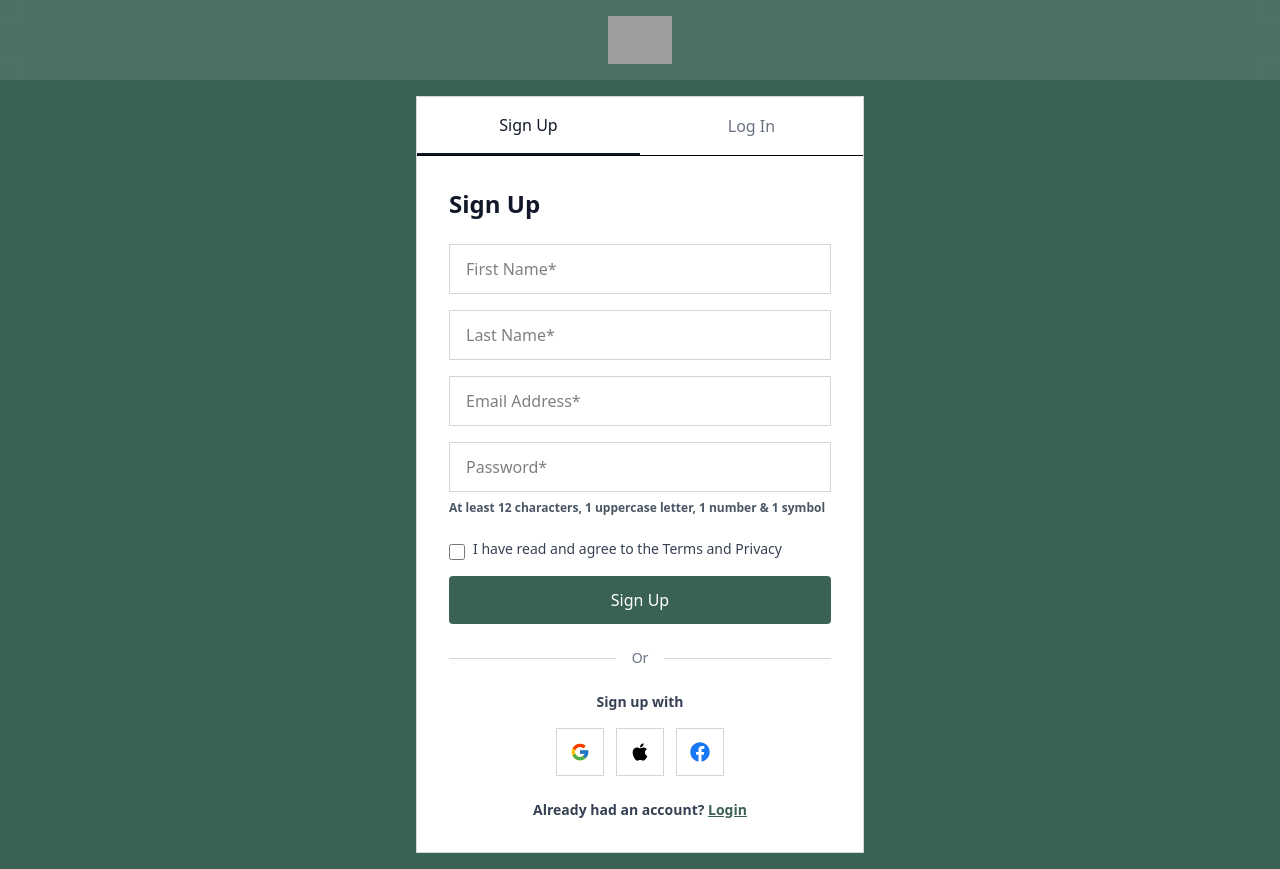
Repository: lyns184/FE-shoes_web
Page: /login
The author's editor kept a copy of each file at every save. The page is drawn from the files as they stood at one save, then again after the next save.
The browser window is 1280 px wide. The pictures show the whole page.
Pictures or frames that could not be fetched are drawn as grey boxes. The project was rebuilt for these pictures with package versions that can differ from the ones it lists, and the page was loaded fresh each time. Also part of the build but not shown: vite.config.ts, src/components/shop/Header.tsx, src/components/shop/Navigation.tsx, src/components/shop/HeroCarousel.tsx, src/components/shop/ProductCard.tsx, src/components/shop/BrandCard.tsx, src/components/shop/ReleaseCard.tsx, src/components/shop/PromoBanner.tsx and 7 more.

Above is the page before, as saved 2026-01-01 18:21:09.

### index.html
<!doctype html>
<html lang="en">
  <head>
    <meta charset="UTF-8" />
    <link rel="icon" type="image/svg+xml" href="/vite.svg" />
    <meta name="viewport" content="width=device-width, initial-scale=1.0" />
    <title>shoes_web</title>
  </head>
  <body>
    <div id="root"></div>
    <script type="module" src="/src/main.tsx"></script>
  </body>
</html>

### src/index.css
@import "tailwindcss";

@layer utilities {
  .bg-gradient-radial {
    background-image: radial-gradient(circle at center, var(--tw-gradient-stops));
  }
}

### src/App.tsx
import { BrowserRouter, Routes, Route } from 'react-router-dom'
import Home from './pages/Home'
import SignUp from './pages/SignUp'
import NotFound from './pages/NotFound'
import './App.css'

function App() {
  return (
    <BrowserRouter>
      <Routes>
        <Route path="/" element={<Home />} />
        <Route path="/login" element={<SignUp />} />
        <Route path="*" element={<NotFound />} />
      </Routes>
    </BrowserRouter>
  )
}

export default App

### src/pages/SignUp.tsx
import { useState } from 'react';
import SignUpForm from '../components/SignUpForm';
import LoginForm from '../components/LoginForm';
import SocialLogin from '../components/SocialLogin';

export default function SignUp() {
  const [activeTab, setActiveTab] = useState<'signup' | 'login'>('signup');

  return (
    <div className="min-h-screen bg-[#396254] relative flex flex-col">
      {/* Gradient overlay at corners */}
      <div className="absolute inset-0 bg-gradient-radial from-transparent via-transparent to-white/10 pointer-events-none"></div>

      {/* Header */}
      <header className="relative bg-white/10 backdrop-blur-sm py-4">
        <div className="container mx-auto px-4 flex items-center justify-center gap-2">
          <img src="/logo.png" alt="Logo" className="h-12" />
        </div>
      </header>

      {/* Main Content */}
      <main className="flex-1 flex items-center justify-center p-4">
        <div className="w-full max-w-md border border-gray-300 bg-white">
          {/* Tabs */}
          <div className="grid grid-cols-2 border-b">
            <button
              onClick={() => setActiveTab('signup')}
              className={`py-4 text-center font-medium transition-colors cursor-pointer ${
                activeTab === 'signup'
                  ? 'text-gray-900 border-b-2 border-gray-900'
                  : 'text-gray-500 hover:text-gray-700'
              }`}
            >
              Sign Up
            </button>
            <button
              onClick={() => setActiveTab('login')}
              className={`py-4 text-center font-medium transition-colors cursor-pointer ${
                activeTab === 'login'
                  ? 'text-gray-900 border-b-2 border-gray-900'
                  : 'text-gray-500 hover:text-gray-700'
              }`}
            >
              Log In
            </button>
          </div>

          {/* Form */}
          <div className="p-8">
            {activeTab === 'signup' ? (
              <>
                <h1 className="text-2xl font-bold text-gray-900 mb-6">Sign Up</h1>
                <SignUpForm />
                <SocialLogin mode="signup" />

                {/* Login Link */}
                <p className="text-center text-sm text-gray-700 mt-6">
                  <span className="font-bold">Already had an account?</span>{' '}
                  <button
                    onClick={() => setActiveTab('login')}
                    className="text-[#396254] underline hover:no-underline cursor-pointer font-bold"
                  >
                    Login
                  </button>
                </p>
              </>
            ) : (
              <>
                <h1 className="text-2xl font-bold text-gray-900 mb-6">Log in</h1>
                <LoginForm />
                <SocialLogin mode="login" />

                {/* Sign Up Link */}
                <p className="text-center text-sm text-gray-700 mt-6">
                  <span className="font-bold">Need an account?</span>{' '}
                  <button
                    onClick={() => setActiveTab('signup')}
                    className="text-[#396254] underline hover:no-underline cursor-pointer font-bold"
                  >
                    Signup
                  </button>
                </p>
              </>
            )}
          </div>
        </div>
      </main>
    </div>
  );
}

### src/components/SignUpForm.tsx
import { useState } from 'react';

export default function SignUpForm() {
  const [formData, setFormData] = useState({
    firstName: '',
    lastName: '',
    email: '',
    password: '',
    agreedToTerms: false,
  });

  const handleSubmit = (e: React.FormEvent) => {
    e.preventDefault();
    console.log('Form submitted:', formData);
  };

  const handleChange = (e: React.ChangeEvent<HTMLInputElement>) => {
    const { name, value, type, checked } = e.target;
    setFormData(prev => ({
      ...prev,
      [name]: type === 'checkbox' ? checked : value,
    }));
  };

  return (
    <form onSubmit={handleSubmit} className="space-y-4">
      <input
        type="text"
        name="firstName"
        placeholder="First Name*"
        value={formData.firstName}
        onChange={handleChange}
        className="w-full px-4 py-3 border border-gray-300 rounded-none focus:outline-none focus:ring-1 focus:ring-gray-400"
        required
      />

      <input
        type="text"
        name="lastName"
        placeholder="Last Name*"
        value={formData.lastName}
        onChange={handleChange}
        className="w-full px-4 py-3 border border-gray-300 rounded-none focus:outline-none focus:ring-1 focus:ring-gray-400"
        required
      />

      <input
        type="email"
        name="email"
        placeholder="Email Address*"
        value={formData.email}
        onChange={handleChange}
        className="w-full px-4 py-3 border border-gray-300 rounded-none focus:outline-none focus:ring-1 focus:ring-gray-400"
        required
      />

      <div>
        <input
          type="password"
          name="password"
          placeholder="Password*"
          value={formData.password}
          onChange={handleChange}
          className="w-full px-4 py-3 border border-gray-300 rounded-none focus:outline-none focus:ring-1 focus:ring-gray-400"
          required
        />
        <p className="text-xs text-gray-600 mt-2 font-bold">
          At least 12 characters, 1 uppercase letter, 1 number & 1 symbol
        </p>
      </div>

      <div className="flex items-start gap-2 pt-2">
        <input
          type="checkbox"
          name="agreedToTerms"
          id="terms"
          checked={formData.agreedToTerms}
          onChange={handleChange}
          className="mt-1 w-4 h-4 accent-teal-700"
          required
        />
        <label htmlFor="terms" className="text-sm text-gray-700 leading-tight">
          I have read and agree to the Terms and Privacy
        </label>
      </div>

      <button
        type="submit"
        className="w-full bg-[#396254] hover:bg-[#2d4d3f] text-white py-3 rounded-sm font-medium text-base transition-colors cursor-pointer"
      >
        Sign Up
      </button>
    </form>
  );
}

### src/components/SocialLogin.tsx
import { FcGoogle } from 'react-icons/fc';
import { FaApple, FaFacebook } from 'react-icons/fa';

interface SocialLoginProps {
  mode?: 'signup' | 'login';
}

export default function SocialLogin({ mode = 'signup' }: SocialLoginProps) {
  return (
    <>
      {/* Divider */}
      <div className="relative my-6">
        <div className="absolute inset-0 flex items-center">
          <div className="w-full border-t border-gray-300"></div>
        </div>
        <div className="relative flex justify-center text-sm">
          <span className="px-4 bg-white text-gray-500">Or</span>
        </div>
      </div>

      {/* Social Login */}
      <div className="text-center">
        <p className="text-sm text-gray-700 mb-4 font-bold">
          {mode === 'signup' ? 'Sign up with' : 'Log in with'}
        </p>
        <div className="flex justify-center gap-3">
          <button
            type="button"
            className="w-12 h-12 border border-gray-300 flex items-center justify-center hover:bg-gray-50 transition-colors cursor-pointer"
            aria-label={`${mode === 'signup' ? 'Sign up' : 'Log in'} with Google`}
          >
            <FcGoogle className="w-5 h-5" />
          </button>

          <button
            type="button"
            className="w-12 h-12 border border-gray-300 flex items-center justify-center hover:bg-gray-50 transition-colors cursor-pointer"
            aria-label={`${mode === 'signup' ? 'Sign up' : 'Log in'} with Apple`}
          >
            <FaApple className="w-5 h-5" />
          </button>

          <button
            type="button"
            className="w-12 h-12 border border-gray-300 flex items-center justify-center hover:bg-gray-50 transition-colors cursor-pointer"
            aria-label={`${mode === 'signup' ? 'Sign up' : 'Log in'} with Facebook`}
          >
            <FaFacebook className="w-5 h-5 text-[#1877F2]" />
          </button>
        </div>
      </div>
    </>
  );
}

Loaded but not shown: src/main.tsx (common file)

After the next save:
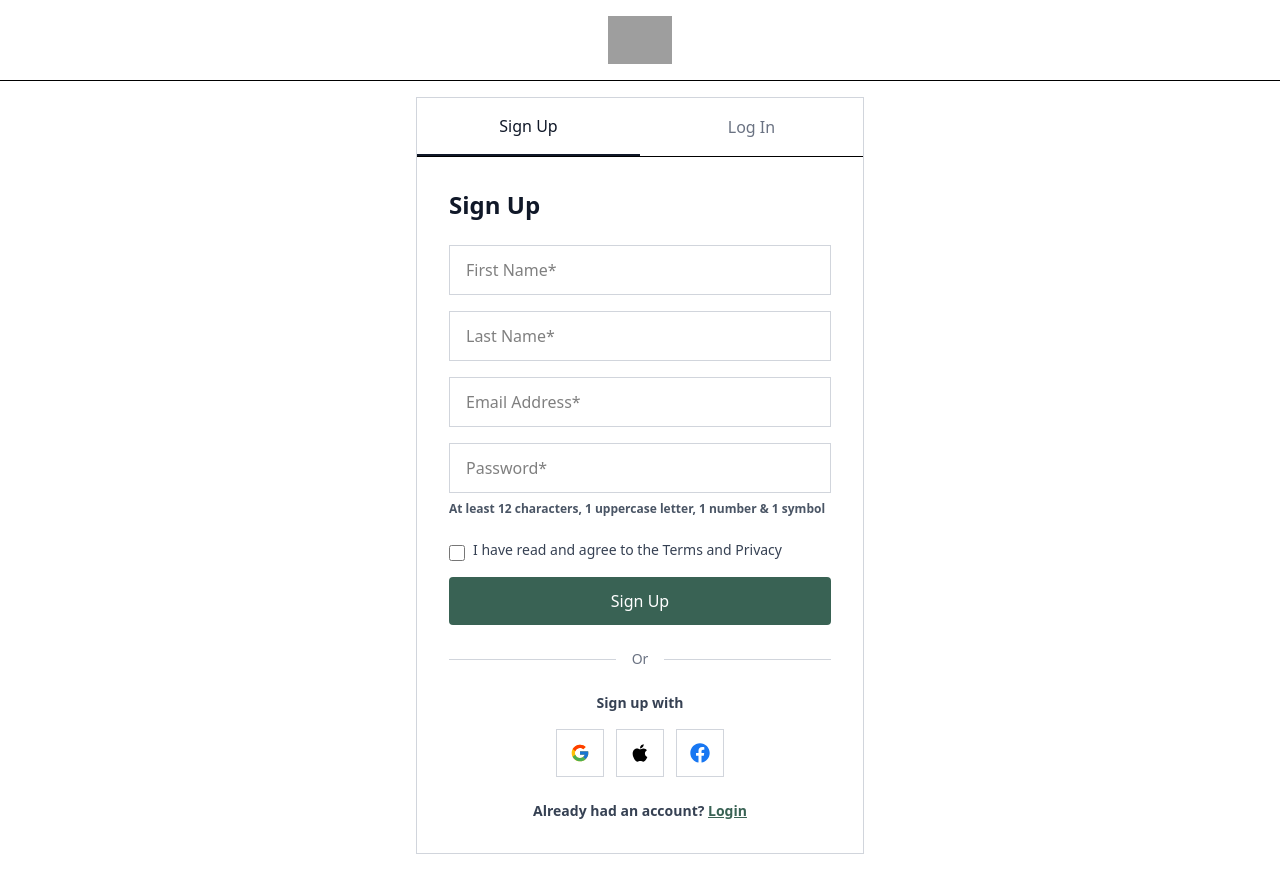
Saved 34 s later.
--- a/src/pages/SignUp.tsx
+++ b/src/pages/SignUp.tsx
@@ -7,12 +7,9 @@ export default function SignUp() {
   const [activeTab, setActiveTab] = useState<'signup' | 'login'>('signup');
 
   return (
-    <div className="min-h-screen bg-[#396254] relative flex flex-col">
-      {/* Gradient overlay at corners */}
-      <div className="absolute inset-0 bg-gradient-radial from-transparent via-transparent to-white/10 pointer-events-none"></div>
-
+    <div className="min-h-screen bg-white flex flex-col">
       {/* Header */}
-      <header className="relative bg-white/10 backdrop-blur-sm py-4">
+      <header className="border-b bg-white py-4">
         <div className="container mx-auto px-4 flex items-center justify-center gap-2">
           <img src="/logo.png" alt="Logo" className="h-12" />
         </div>
